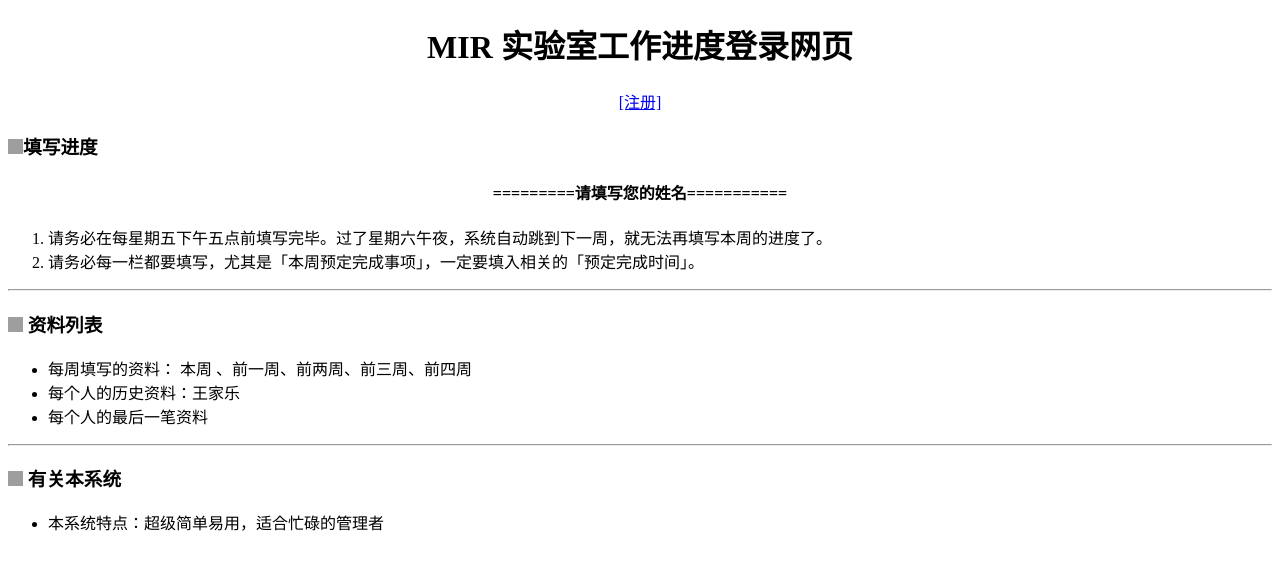
Repository: Cucujn/TRY
Page: http://localhost/WeeklyReport/default.jsp
These files come from the project's save history. The page is drawn as it stood at one moment and after the next save; the edit follows.
The browser window is 1280 px wide. The pictures show the whole page.
Pictures or frames that could not be fetched are drawn as grey boxes. The page is served by Tomcat 9. Other server files are loaded and not shown.

Above is the page before, as saved 2017-12-04 16:26:55.

### WeeklyReport/WebContent/default.jsp
<%@ page language="java" contentType="text/html; charset=UTF-8"
    pageEncoding="UTF-8"%>
<!DOCTYPE html PUBLIC "-//W3C//DTD HTML 4.01 Transitional//EN" "http://www.w3.org/TR/html4/loose.dtd">
<html>
<head>
<meta http-equiv="Content-Type" content="text/html; charset=UTF-8">
<title>主界面</title>
</head>
<body>
<center>
<h1>MIR 实验室工作进度登录网页</h1>
<a href="register.jsp">[注册]</a>
<!-- 此处是登录的跳转 -->
</center>
<h3><img src="http://img.25pp.com/uploadfile/youxi/images/2014/0531/20140531120644801.jpg" width=15 height=15>填写进度</h3>
<center>
<h4>=========请填写您的姓名===========</h4>
</center>
<ol>
<li>请务必在每星期五下午五点前填写完毕。过了星期六午夜，系统自动跳到下一周，就无法再填写本周的进度了。
<li>请务必每一栏都要填写，尤其是「本周预定完成事项」，一定要填入相关的「预定完成时间」。
</ol>
<hr>

<h3><img src="http://img.25pp.com/uploadfile/youxi/images/2014/0531/20140531120644801.jpg" width=15 height=15>
资料列表</h3>
<ul>
<li>每周填写的资料：
<a> 本周</a> 、前一周、前两周、前三周、前四周
<li>每个人的历史资料：王家乐
<li>每个人的最后一笔资料
</ul>
<hr>

<!-- /////////// -->


<h3><img src="http://img.25pp.com/uploadfile/youxi/images/2014/0531/20140531120644801.jpg" width=15 height=15>
有关本系统</h3>
<ul>
<li>本系统特点：超级简单易用，适合忙碌的管理者
</ul>
</body>
</html>

After the next save:
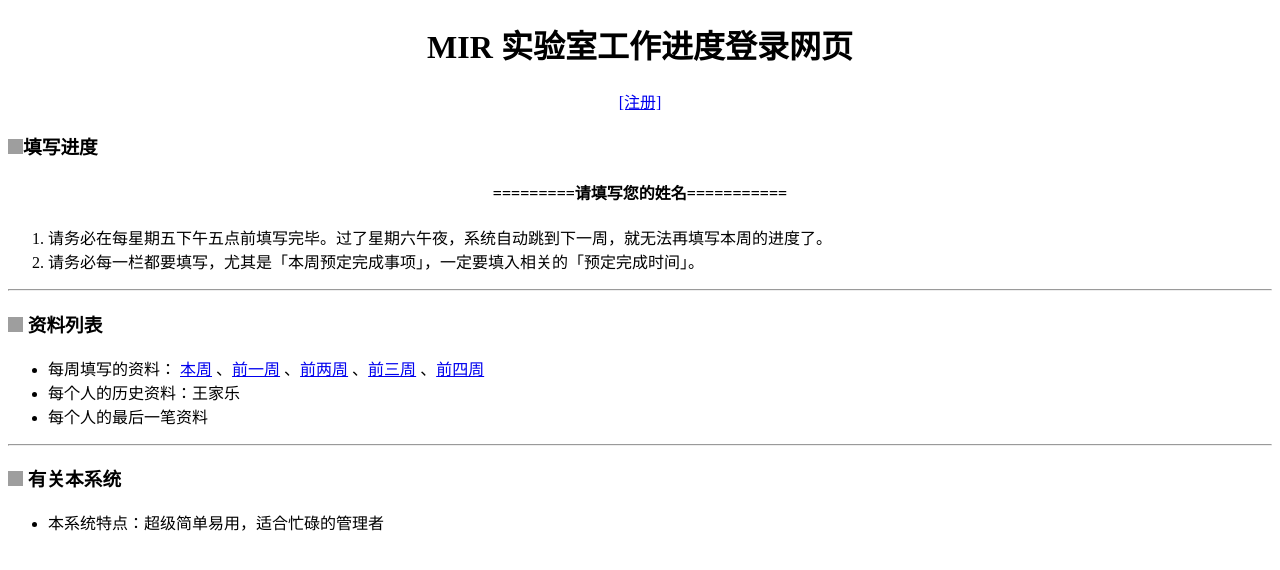
Saved 2 min 27 s later.
--- a/WeeklyReport/WebContent/default.jsp
+++ b/WeeklyReport/WebContent/default.jsp
@@ -7,6 +7,7 @@
 <title>主界面</title>
 </head>
 <body>
+<form action="listEachWeek" method="get">
 <center>
 <h1>MIR 实验室工作进度登录网页</h1>
 <a href="register.jsp">[注册]</a>
@@ -26,7 +27,11 @@
 资料列表</h3>
 <ul>
 <li>每周填写的资料：
-<a> 本周</a> 、前一周、前两周、前三周、前四周
+<a href="http://localhost:8080/WeeklyReport/listEachWeek.jsp?weekDiff=0"> 本周</a>
+、<a href="http://localhost:8080/WeeklyReport/listEachWeek.jsp?weekDiff=1">前一周</a>
+、<a href="http://localhost:8080/WeeklyReport/listEachWeek.jsp?weekDiff=2">前两周</a>
+、<a href="http://localhost:8080/WeeklyReport/listEachWeek.jsp?weekDiff=3">前三周</a>
+、<a href="http://localhost:8080/WeeklyReport/listEachWeek.jsp?weekDiff=4">前四周</a>
 <li>每个人的历史资料：王家乐
 <li>每个人的最后一笔资料
 </ul>
@@ -40,5 +45,6 @@
 <ul>
 <li>本系统特点：超级简单易用，适合忙碌的管理者
 </ul>
+</form>
 </body>
 </html>
